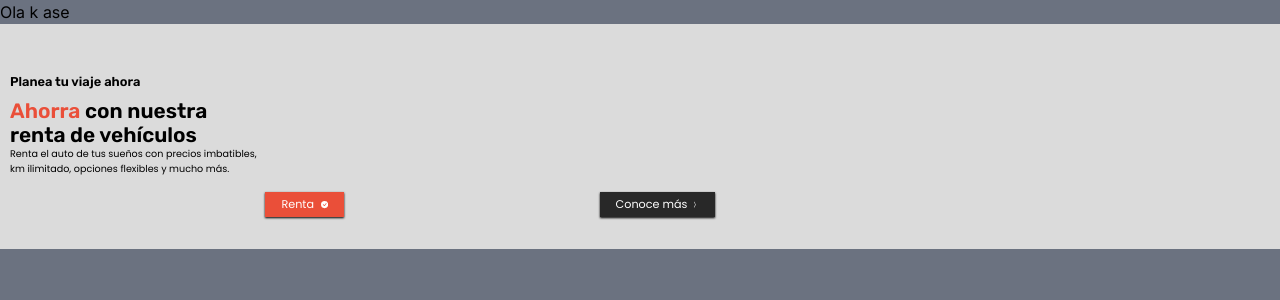
Repository: aldovelacasas/PF_RentCar2
Page: /homePage
An editor plug-in stored every save of this project. The page is shown before and after the next save, followed by the edit.
The browser window is 1280 px wide. The pictures show the whole page.
The project was rebuilt for these pictures with package versions that can differ from the ones it lists, and the page was loaded fresh each time. The framework's server and built-in components were replaced by stand-ins that run in the browser. Also part of the build but not shown: next.config.js.

Above is the page before, as saved 2023-08-29 19:41:48.

After the next save:
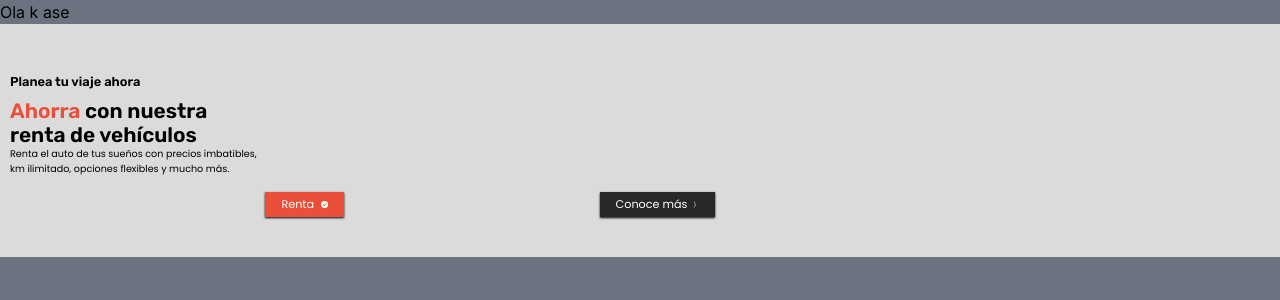
Saved 18 s later.
--- a/src/app/homePage/page.jsx
+++ b/src/app/homePage/page.jsx
@@ -28,7 +28,7 @@ function HomePage() {
       <p className={`${poppins} text-[0.6em] pb-4`}>
         km ilimitado, opciones flexibles y mucho más.
       </p>
-      <div className="flex place-content-evenly w-3/4 mt-3 pb-8">
+      <div className="flex place-content-evenly w-3/4 mt-3 pb-10">
         <button
           className={`bg-naranja_enf text-white text-[0.7em] px-4 py-1 ${poppins} shadow-sm shadow-black hover:shadow-md hover:shadow-black active:shadow-inner active:shadow-black`}>
           Renta <BsCheckCircleFill className="inline pl-1" />
